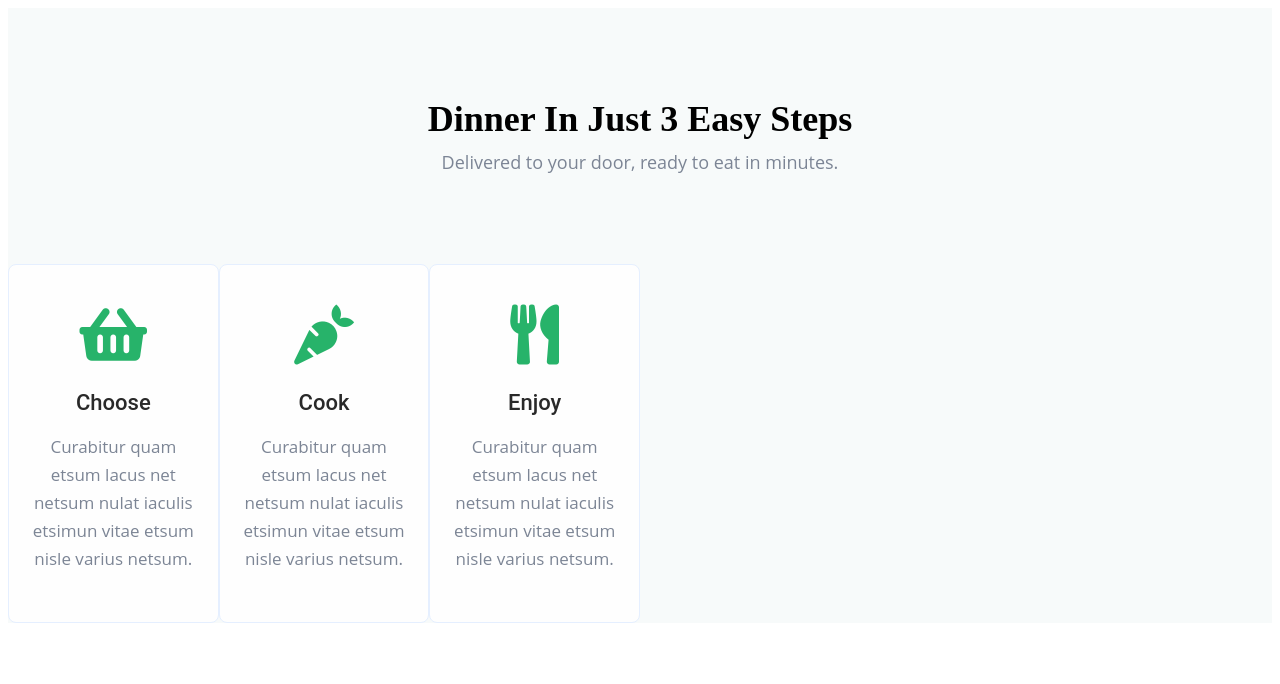
Repository: ST-United-Internship/leadpage
Page: wrapper-UI.html
The author's editor kept a copy of each file at every save. The page is drawn from the files as they stood at one save, then again after a run of saves.
The browser window is 1280 px wide. The pictures show the whole page.

Above is the page before, as saved 2023-03-15 14:01:39.

After the next 2 saves:
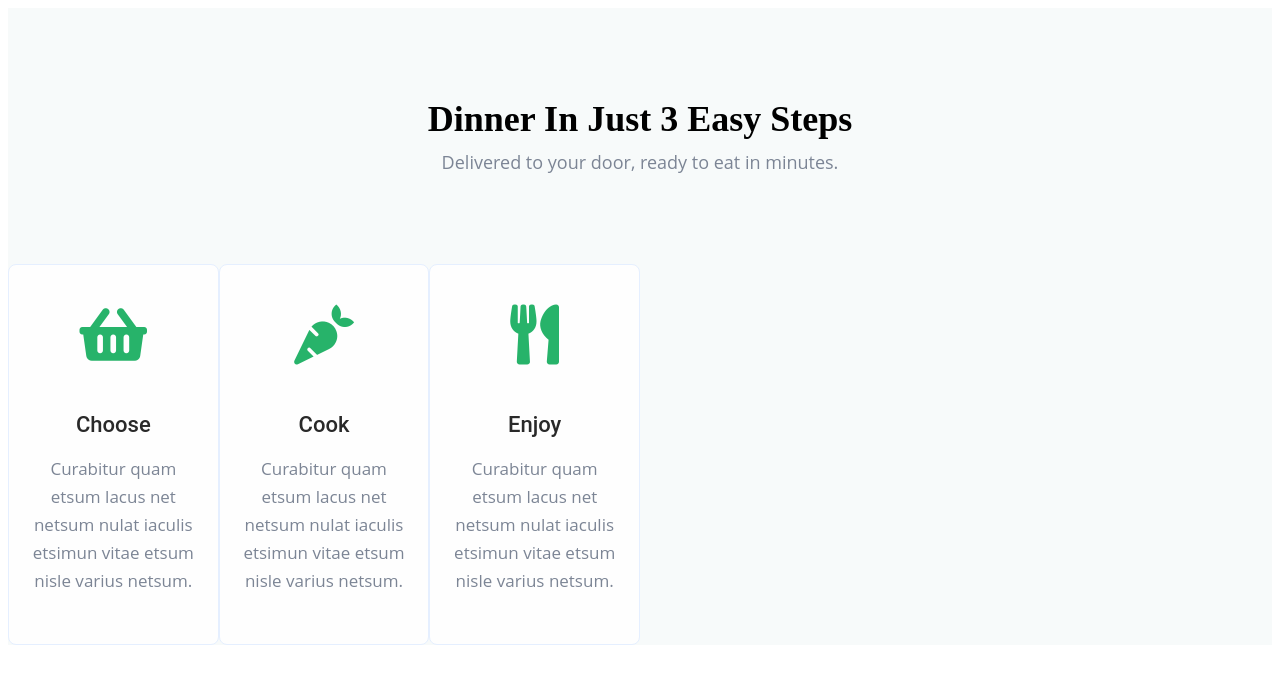
The 2 saves are shown as one change because they came seconds apart.
The last was saved 10 s later.
--- a/css/wrapper-UI.css
+++ b/css/wrapper-UI.css
@@ -79,12 +79,12 @@
     font-family: 'Open Sans', sans-serif;
 }
 
-.about .card-container .card-title .card-wrapper h3, h4, h5{
+.about .card-container .card-title .card-wrapper h3{
     font-size: 22px;
     font-weight: 500;
     color: #292929;
     margin-bottom: 15px;
-    margin-top: 0px;
+    /* margin-top: 0px; */
     font-family: 'Roboto', sans-serif;
     line-height: 26.4px;
 }

After the save that followed:
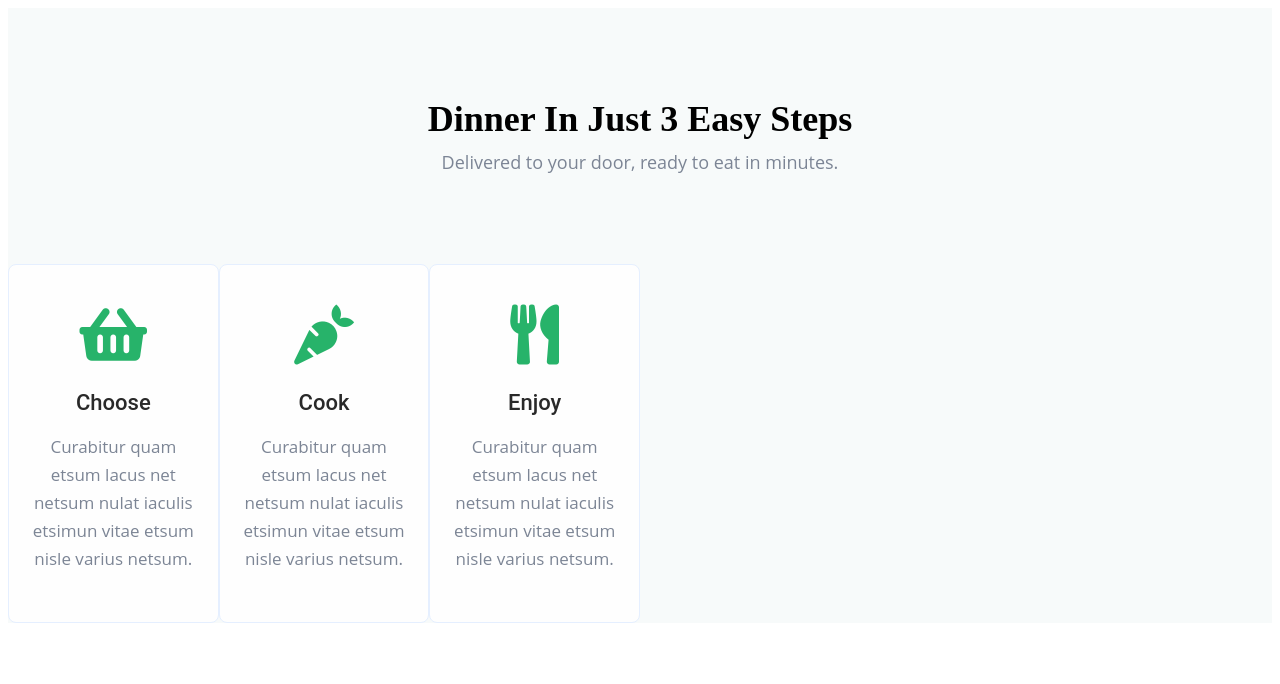
Saved 61 s later.
--- a/css/wrapper-UI.css
+++ b/css/wrapper-UI.css
@@ -83,8 +83,7 @@
     font-size: 22px;
     font-weight: 500;
     color: #292929;
-    margin-bottom: 15px;
-    /* margin-top: 0px; */
+    margin: 0px 0px 15px 0px ;
     font-family: 'Roboto', sans-serif;
     line-height: 26.4px;
 }
